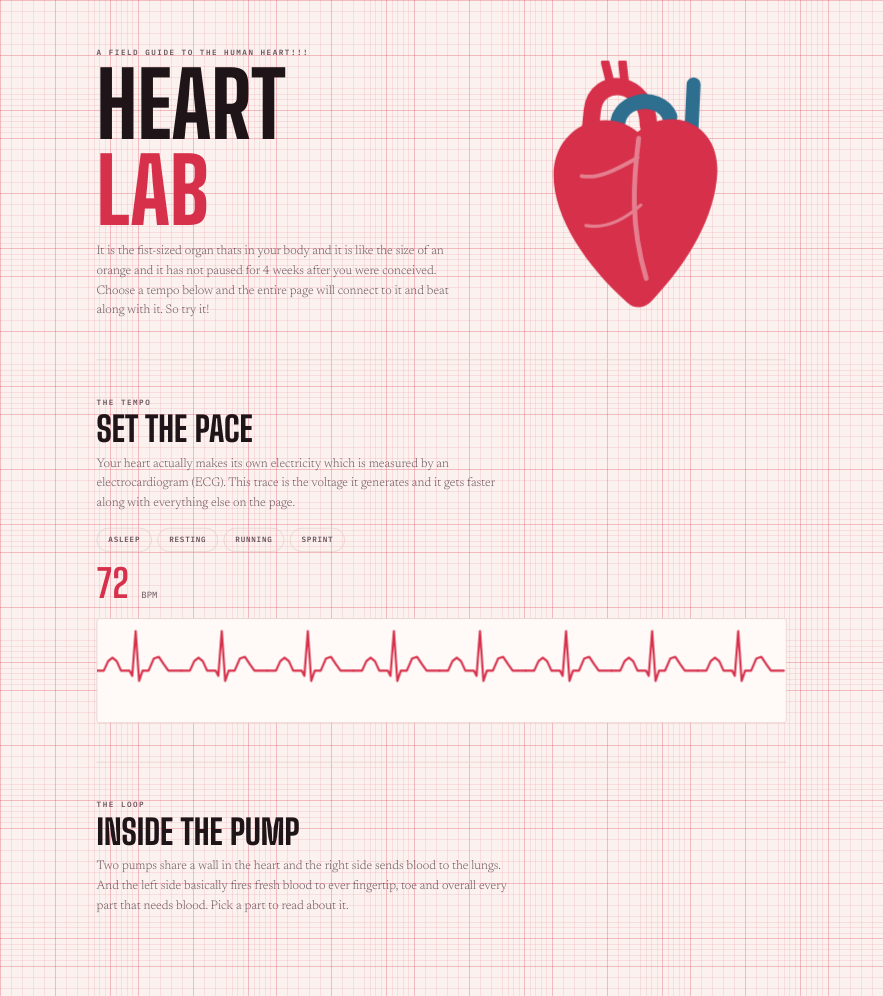
Repository: manayparikh1/PulseBeat
Page: index.html
An editor plug-in stored every save of this project. The page is shown before and after the next save, followed by the edit.
The browser window is 1280 px wide. The pictures show the whole page, at 69% of full size.

Above is the page before, as saved 2026-09-03 12:15:48.

After the next save:
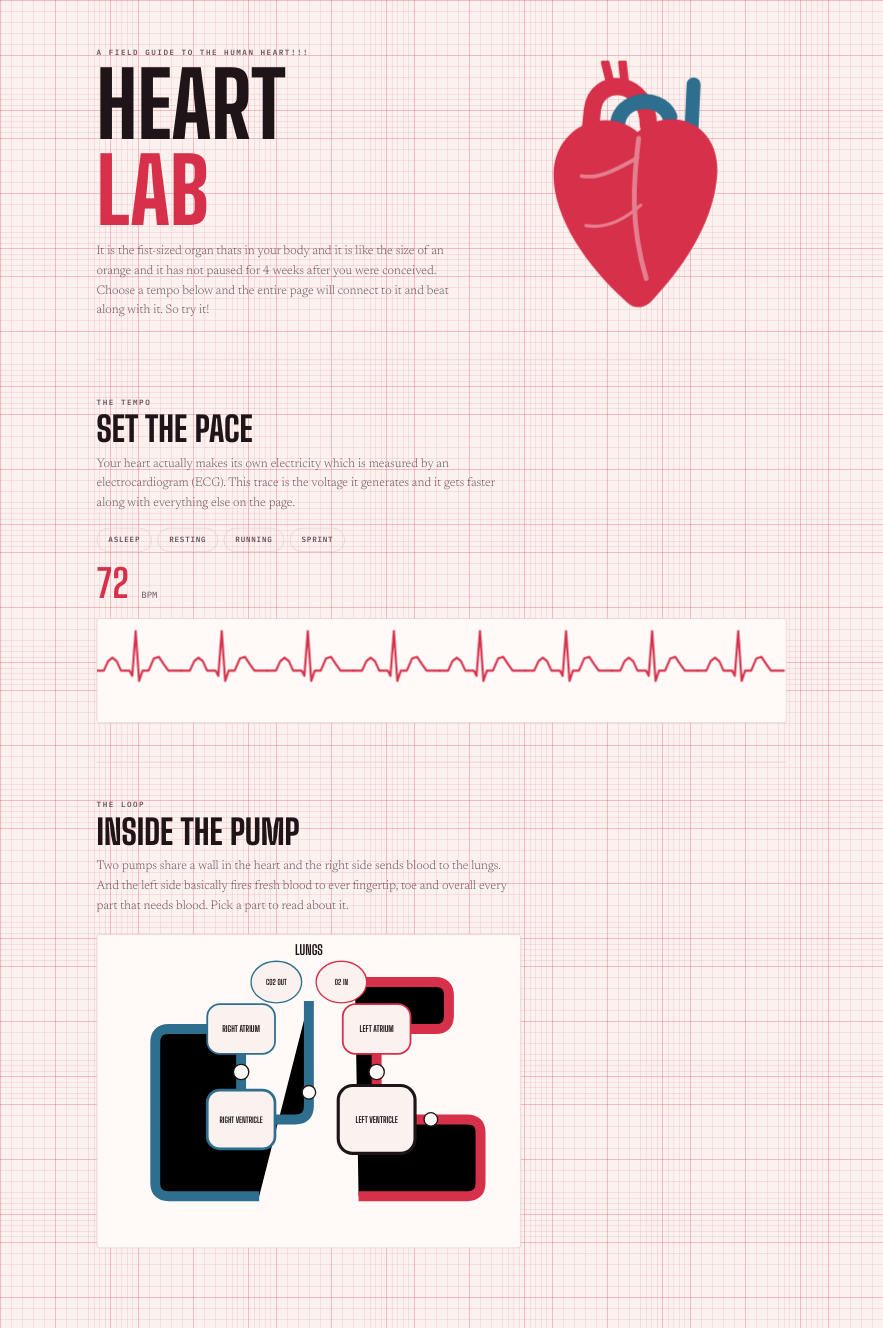
Saved 27 h 2 min later.
--- a/index.html
+++ b/index.html
@@ -589,12 +589,68 @@
             </div>
         </section>
         <!-- ==== DIAGRAM ==== -->
-         <section>
+        <section>
             <p class="eyebrow">The loop</p>
             <h2>Inside the pump</h2>
-            <p class="lede">Two pumps share a wall in the heart and the right side sends blood to the lungs. And the left side basically fires fresh blood to ever fingertip, toe and overall every part that needs blood. Pick a part to read about it.</p>
-
-         </section>
+            <p class="lede">Two pumps share a wall in the heart and the right side sends blood to the lungs. And the
+                left side basically fires fresh blood to ever fingertip, toe and overall every part that needs blood.
+                Pick a part to read about it.</p>
+
+            <input class="sr" type="radio" name="part" id="ra">
+            <input class="sr" type="radio" name="part" id="rv">
+            <input class="sr" type="radio" name="part" id="la">
+            <input class="sr" type="radio" name="part" id="lv" checked>
+            <input class="sr" type="radio" name="part" id="lu">
+            <input class="sr" type="radio" name="part" id="bo">
+            <input class="sr" type="radio" name="part" id="va">
+            <div class="lab">
+                <div class="card">
+                    <svg class="diagram" viewBox="0 0 900 640" role="img"
+                        aria-label="A diagram of the heart with labels for the right atrium, right ventricle, left atrium, left ventricle, lungs, body and valves">
+                        <path class="tube"
+                            d="M340 560 L140 560 Q110 560 110 530 L110 220 Q110 190 140 190 L270 190 Q300 190 300 220 L300 360 Q300 390 330 390 L420 390 Q450 390 450 360 L450 128"
+                            stroke="var(--deoxy)" stroke-width="22" />
+                        <path class="tube"
+                            d="M552 86 L730 86 Q760 86 760 116 L760 160 Q760 190 730 190 L630 190 Q600 190 600 220 L600 360 Q600 390 630 390 L800 390 Q830 390 830 420 L830 530 Q830 560 800 560 L560 560"
+                            stroke="var(--oxy)" stroke-width="22" />
+                        <ellipse class="s-lu" cx="378" cy="86" rx="56" ry="46" fill="var(--paper)" stroke="var(--deoxy)"
+                            stroke-width="3" />
+                        <ellipse class="s-lu" cx="522" cy="86" rx="56" ry="46" fill="var(--paper)" stroke="var(--oxy)"
+                            stroke-width="3" />
+                        <text x="450" y="26" text-anchor="middle" font-size="30">LUNGS</text>
+                        <text x="378" y="93" text-anchor="middle" font-size="17" fill="var(--deoxy)">CO2 OUT</text>
+                        <text x="522" y="93" text-anchor="middle" font-size="17" fill="var(--oxy)">O2 IN</text>
+                        <rect class="s-ra" x="225" y="135" width="150" height="110" rx="28" fill="var(--paper)"
+                            stroke="var(--deoxy)" stroke-width="4" />
+                        <rect class="s-rv" x="225" y="325" width="150" height="130" rx="28" fill="var(--paper)"
+                            stroke="var(--deoxy)" stroke-width="6" />
+                        <rect class="s-la" x="525" y="135" width="150" height="110" rx="28" fill="var(--paper)"
+                            stroke="var(--oxy)" stroke-width="4" />
+                        <rect class="s-lv" x="515" y="315" width="170" height="150" rx="32" fill="var(--paper)"
+                            stroke="var(--oxy)" stroke-width="15" />
+                        <text x="300" y="196" text-anchor="middle" font-size="19">RIGHT ATRIUM</text>
+                        <text x="300" y="398" text-anchor="middle" font-size="18">RIGHT VENTRICLE</text>
+                        <text x="600" y="196" text-anchor="middle" font-size="19">LEFT ATRIUM</text>
+                        <text x="600" y="398" text-anchor="middle" font-size="19">LEFT VENTRICLE</text>
+                        <g class="s-va" fill="var(--card)" stroke="var(--ink)" stroke-width="3">
+                            <circle cx="300" cy="285" r="17" />
+                            <circle cx="450" cy="330" r="15" />
+                            <circle cx="600" cy="285" r="17" />
+                            <circle cx="720" cy="390" r="15" />
+                        </g>
+
+
+                </div>
+
+            </div>
+
+            </checked>
+
+
+
+
+
+        </section>
 
 
 
